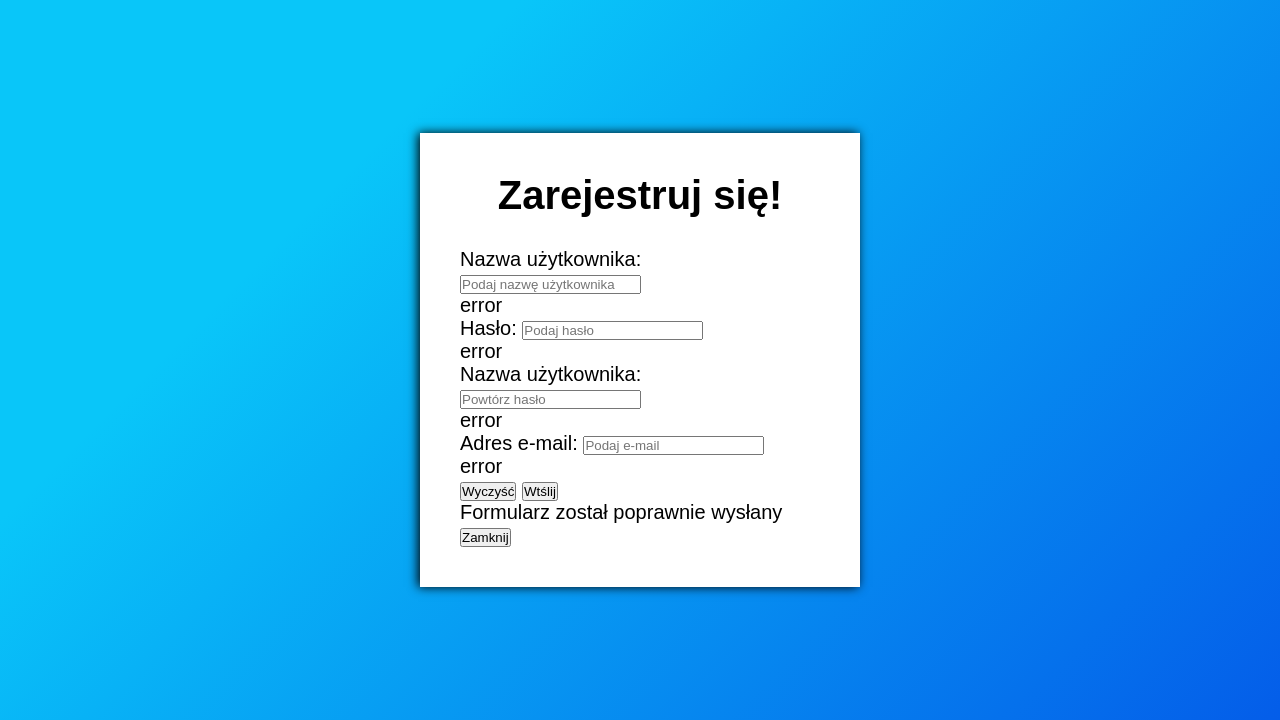
Repository: KrzysKolo/Projekt-3_Formularz-rejestracyjny
Page: index.html
The author's editor kept a copy of each file at every save. The page is drawn from the files as they stood at one save, then again after the next save.
The browser window is 1280 px wide. The pictures show the whole page.
Some web fonts or font styles are not loaded; a fallback is used.

Above is the page before, as saved 2020-07-04 02:04:01.

### index.html
<!DOCTYPE html>
<html lang="en">
  <head>
    <meta charset="UTF-8" />
    <meta name="viewport" content="width=device-width, initial-scale=1.0" />
    <title>Projekt 3 - Logowanie</title>
    <link
      href="https://fonts.googleapis.com/css2?family=Aldrich&family=Overpass+Mono:wght@300&display=swap"
      rel="stylesheet"
    />
    <link rel="stylesheet" href="./css/style.css" />
  </head>
  <body>
    <main class="wrapper">
      <form class="form">
        <h1>Zarejestruj się!</h1>
        <div class="form-box">
          <label for="username">Nazwa użytkownika: </label>
          <input
            type="text"
            id="username"
            placeholder="Podaj nazwę użytkownika"
          />
          <p class="error-text">error</p>
        </div>

        <div class="form-box">
          <label for="password">Hasło: </label>
          <input type="password" id="password" placeholder="Podaj hasło" />
          <p class="error-text">error</p>
        </div>

        <div class="form-box">
          <label for="password2">Nazwa użytkownika: </label>
          <input type="password" id="password2" placeholder="Powtórz hasło" />
          <p class="error-text">error</p>
        </div>

        <div class="form-box">
          <label for="email">Adres e-mail: </label>
          <input type="email" id="email" placeholder="Podaj e-mail" />
          <p class="error-text">error</p>
        </div>

        <div class="control-button">
          <button class="clear">Wyczyść</button>
          <button class="send">Wtślij</button>
        </div>

        <div class="popup">
          <p>Formularz został poprawnie wysłany</p>
          <button class="close">Zamknij</button>
        </div>
      </form>
    </main>
  </body>
</html>

### css/style.css
* {
  box-sizing: border-box;
  margin: 0;
  padding: 0;
}
body {
  display: flex;
  justify-content: center;
  align-items: center;
  min-height: 100vh;
  font-family: "Aldrich", sans-serif;
  background-image: linear-gradient(315deg, #045de9 0%, #09c6f9 74%);
}
.wrapper {
  width: 440px;
  background-color: #fff;
  box-shadow: -2px 0 10px #000;
}
.form {
  padding: 40px;
  font-size: 20px;
}
h1 {
  margin-bottom: 30px;
  text-align: center;
}

After the next save:
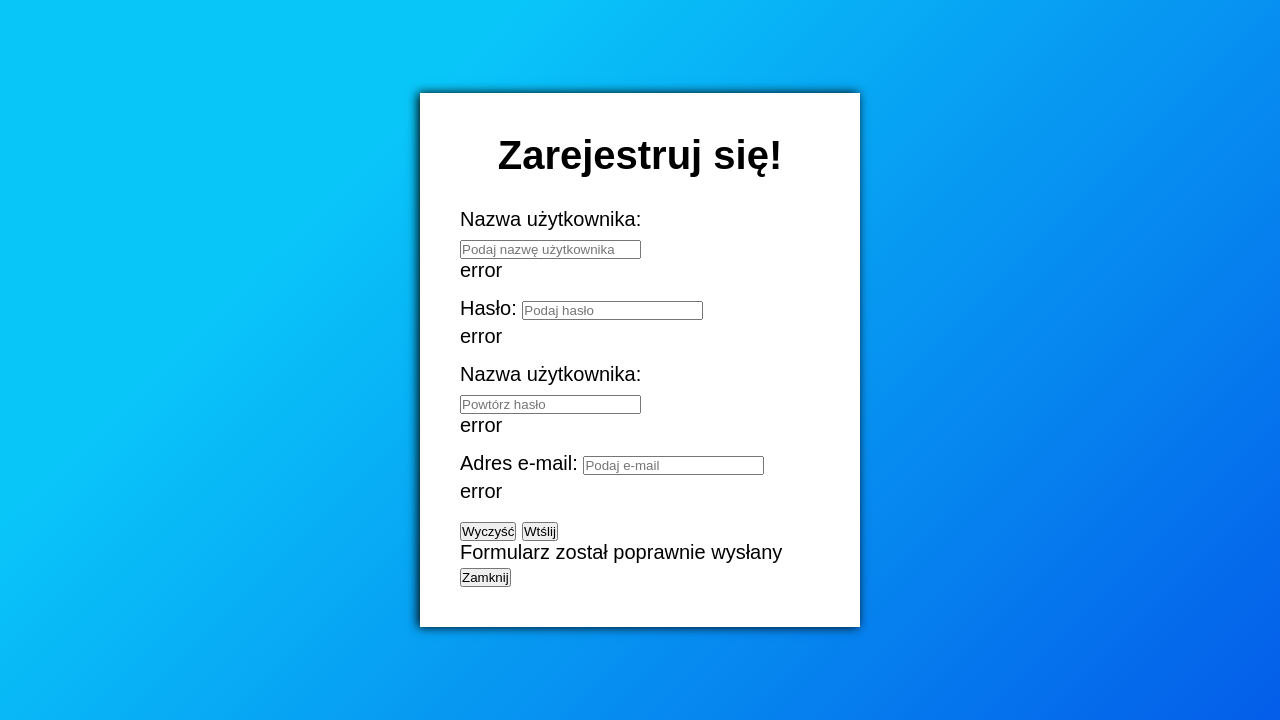
Saved 2 min 4 s later.
--- a/css/style.css
+++ b/css/style.css
@@ -24,3 +24,10 @@ h1 {
   margin-bottom: 30px;
   text-align: center;
 }
+.form-box {
+  margin-bottom: 15px;
+}
+.form-box label {
+  display: inline-block;
+  margin-bottom: 5px;
+}
